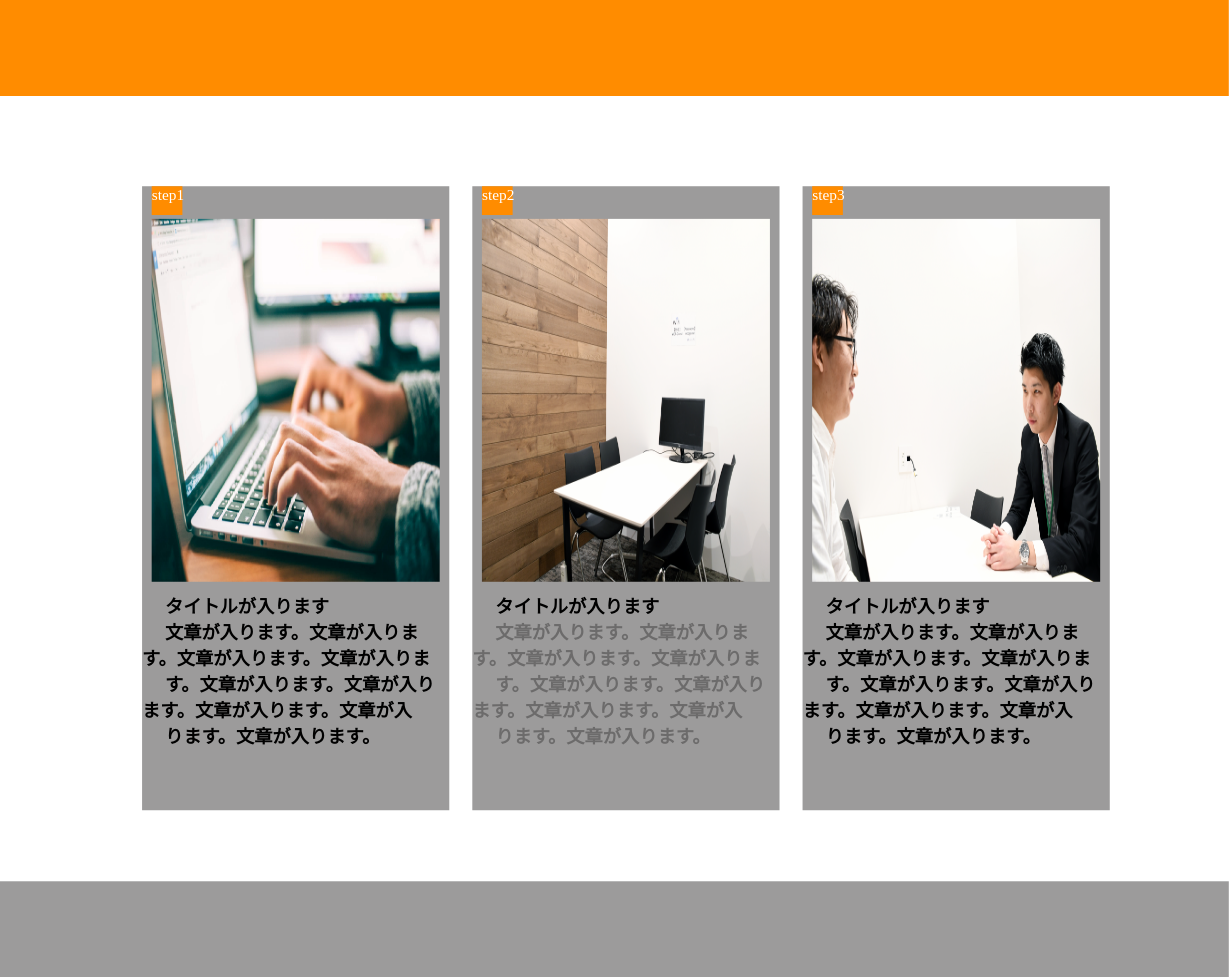
Repository: shiotaryuto/kadai1-10
Page: 課題/課題.html
The author's editor kept a record of every edit. The page is drawn from the files as they stood at one moment, then again after the next edit.
The browser window is 1280 px wide. The pictures show the whole page, at 96% of full size.
Some web libraries are served in a nearby version.

Above is the page before.

After the next edit:
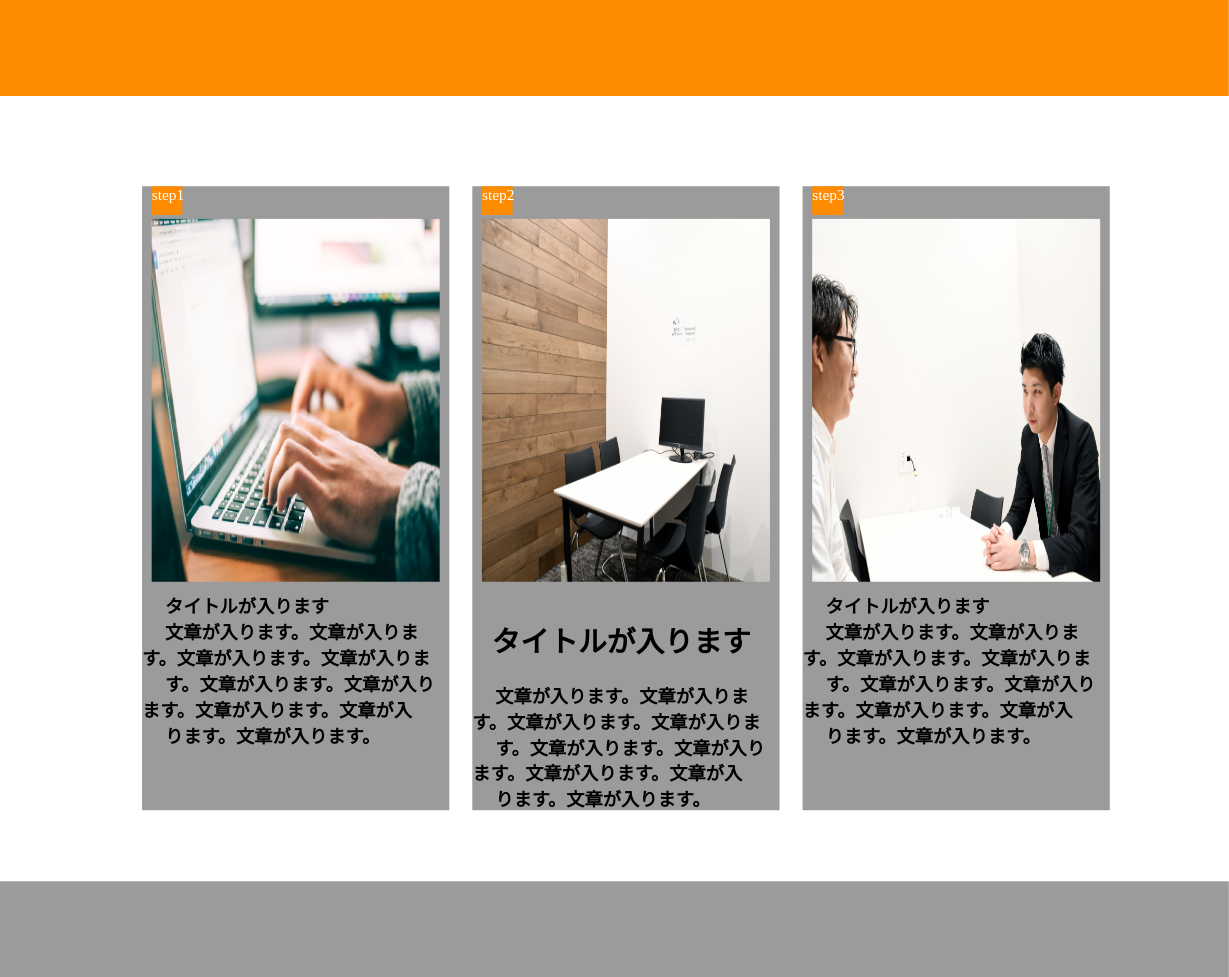
The edit:
--- a/課題/課題.html
+++ b/課題/課題.html
@@ -31,8 +31,8 @@
 　    <div class="step2-heading">step2</div>
 　     <div class="step2-item">
 　        <h3 class="step2-text-heading">
-　        タイトルが入ります<br>
-　          <p1>文章が入ります。文章が入ります。文章が入ります。文章が入りま
+　        <p>タイトルが入ります</p><br>
+　          文章が入ります。文章が入ります。文章が入ります。文章が入りま
 　          す。文章が入ります。文章が入ります。文章が入ります。文章が入
 　          ります。文章が入ります。
 　          </h2>
